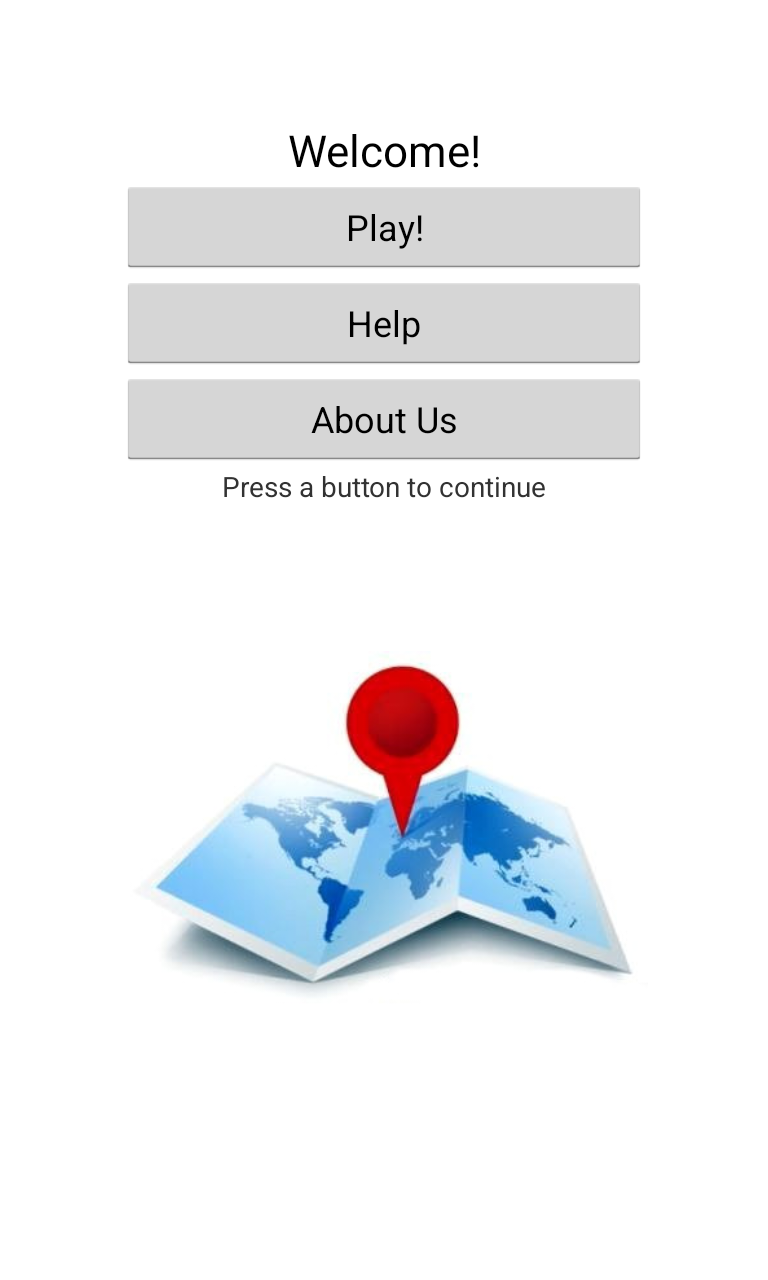
Repository: AGNT/Mobile_application_SU13
Layout: android/Locate/res/layout/activity_menu.xml
These files come from the project's save history. The layout is drawn as it stood at one moment and after the next save; the edit follows.
It is drawn on a 768 x 1280 px phone screen (xhdpi) without system bars, with theme AppTheme; the app's code is not run.

Above is the layout before, as saved 2013-08-05 17:53:21.

### android/Locate/res/layout/activity_menu.xml
<LinearLayout xmlns:android="http://schemas.android.com/apk/res/android"
    xmlns:tools="http://schemas.android.com/tools"
    android:layout_width="match_parent"
    android:layout_height="match_parent"
    android:orientation="vertical"
    android:padding="60dp"
    android:paddingBottom="@dimen/activity_vertical_margin"
    android:paddingLeft="@dimen/activity_horizontal_margin"
    android:paddingRight="@dimen/activity_horizontal_margin"
    android:paddingTop="@dimen/activity_vertical_margin"
    tools:context=".Menu" >

    <TextView
        android:id="@+id/textView1"
        android:layout_width="match_parent"
        android:layout_height="wrap_content"
        android:gravity="center"
        android:text="Welcome!"
        android:textAppearance="?android:attr/textAppearanceLarge" />

    <Button
        android:id="@+id/button1"
        android:layout_width="match_parent"
        android:layout_height="wrap_content"
        android:text="Play!" />

    <Button
        android:id="@+id/button2"
        android:layout_width="match_parent"
        android:layout_height="wrap_content"
        android:text="Help" />

    <Button
        android:id="@+id/button3"
        android:layout_width="match_parent"
        android:layout_height="wrap_content"
        android:text="About Us" />

    <TextView
        android:id="@+id/textView2"
        android:layout_width="match_parent"
        android:layout_height="wrap_content"
        android:gravity="center"
        android:text="Press a button to continue"
        android:textAppearance="?android:attr/textAppearanceSmall" />

    <ImageView
        android:id="@+id/imageView1"
        android:layout_width="match_parent"
        android:layout_height="196dp"
        android:layout_weight="0.66"
        android:src="@drawable/locate" />

</LinearLayout>

Loaded but not shown: android/Locate/res/values/styles.xml (common file); android/Locate/res/values-v11/styles.xml (common file); android/Locate/res/values-v14/styles.xml (common file); android/Locate/res/values/dimens.xml (common file)

After the next save:
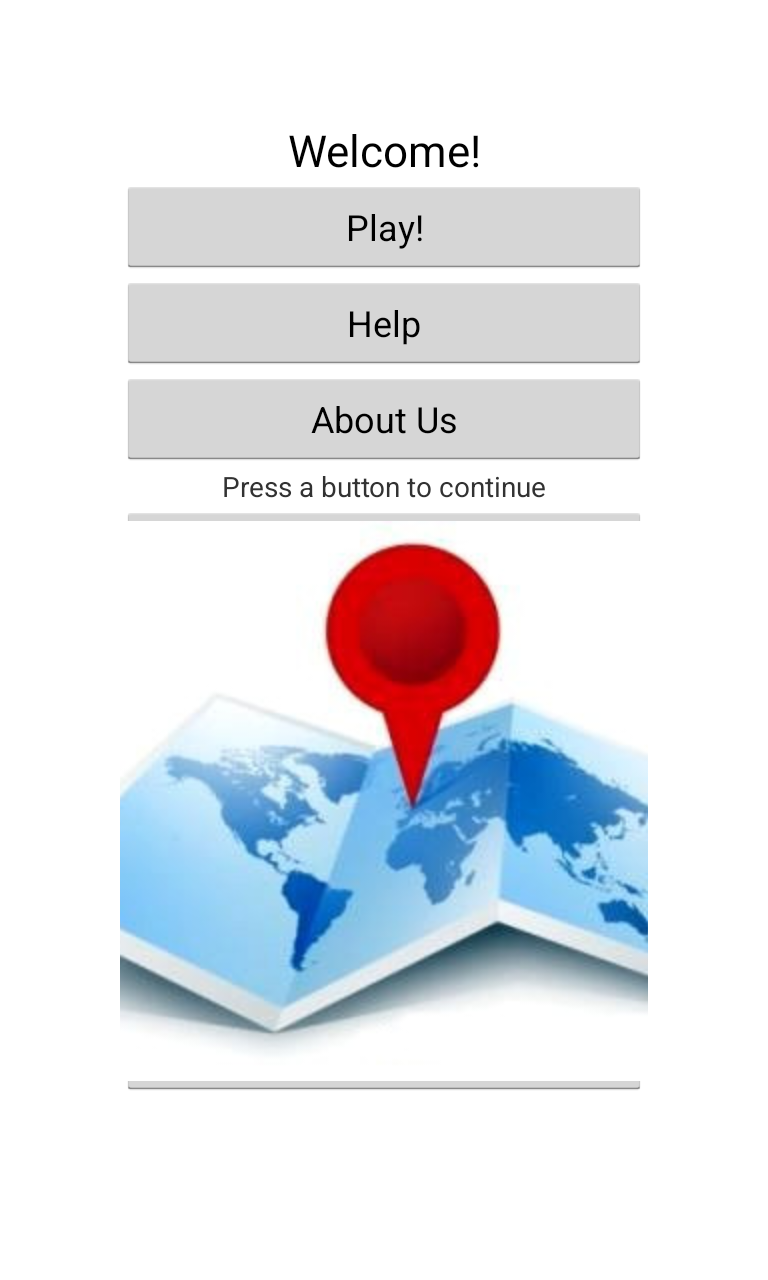
Saved 13 min 40 s later.
--- a/android/Locate/res/layout/activity_menu.xml
+++ b/android/Locate/res/layout/activity_menu.xml
@@ -44,11 +44,12 @@
         android:text="Press a button to continue"
         android:textAppearance="?android:attr/textAppearanceSmall" />
 
-    <ImageView
-        android:id="@+id/imageView1"
-        android:layout_width="match_parent"
-        android:layout_height="196dp"
-        android:layout_weight="0.66"
+    <ImageButton
+        android:id="@+id/imageButton1"
+        android:layout_width="wrap_content"
+        android:layout_height="wrap_content"
         android:src="@drawable/locate" />
 
+
+
 </LinearLayout>

After the save that followed:
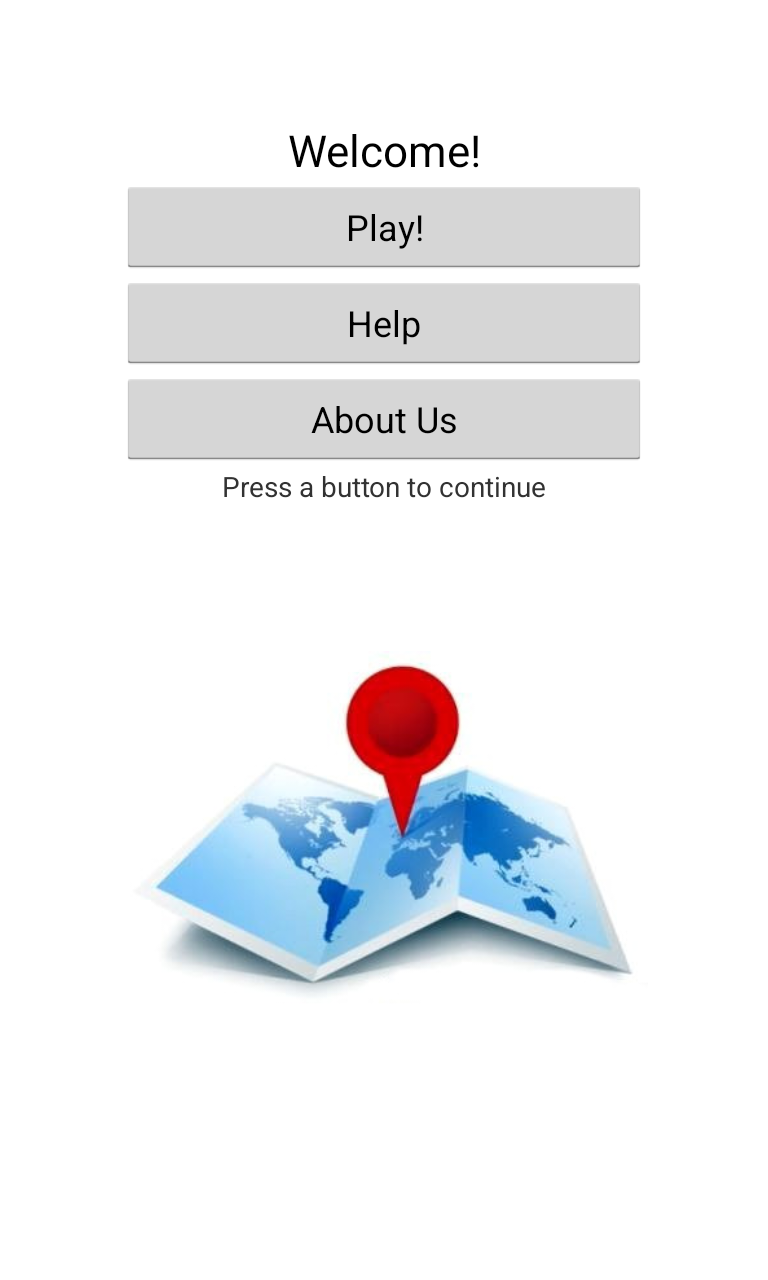
Saved 6 s later.
--- a/android/Locate/res/layout/activity_menu.xml
+++ b/android/Locate/res/layout/activity_menu.xml
@@ -44,12 +44,11 @@
         android:text="Press a button to continue"
         android:textAppearance="?android:attr/textAppearanceSmall" />
 
-    <ImageButton
-        android:id="@+id/imageButton1"
-        android:layout_width="wrap_content"
-        android:layout_height="wrap_content"
+    <ImageView
+        android:id="@+id/imageView1"
+        android:layout_width="match_parent"
+        android:layout_height="196dp"
+        android:layout_weight="0.66"
         android:src="@drawable/locate" />
 
-
-
 </LinearLayout>
